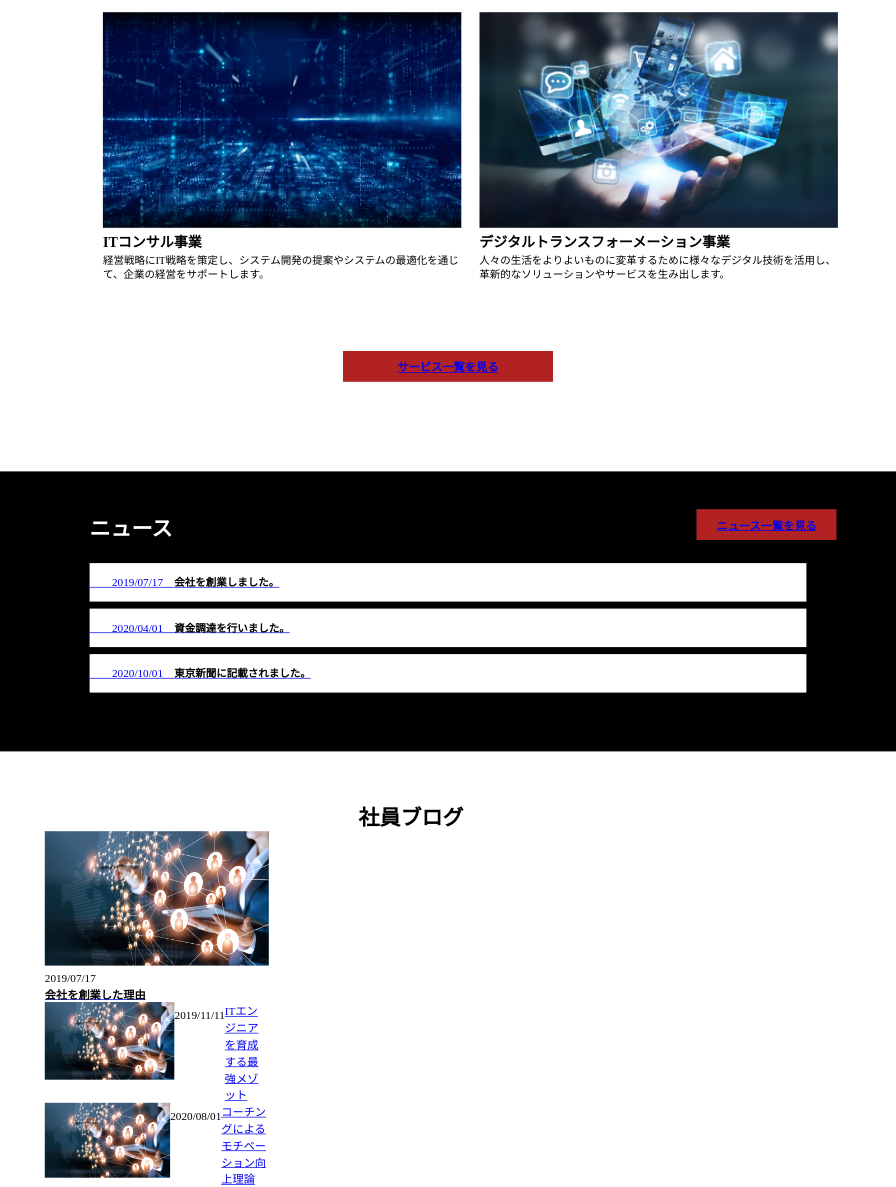
Repository: sigemasaasuka/20211012sigemasa
Page: index.html
These files come from the project's save history. The page is drawn as it stood at one moment and after a run of saves; the edit follows.
The browser window is 1280 px wide. The pictures show the part of the page from y = 1338 to 3258 px (the page is 3034 px tall before and 3258 px after), at 70% of full size.

Above is the page before, as saved 2021-10-19 17:46:28.

### index.html
<!DOCTYPE html>
<html lang="ja">

<head>
  <meta charset="UTF-8">
  <meta name="viewport" content="width=device-width, initial-scale=1.0">
  <title>Document</title>

    <link rel="stylesheet" href="css/reset.css">
    <link rel="stylesheet" href="css/index.css">
</head>
<body>
  <header class="header">
    <div class="header-logo">
      <img class="logo" src="img/logo.png" alt="logo">
    </div>
    <nav class="header-nav">
      <ul class="header-nav-list">
        <li class="header-nav-item"><a href="index.html">ホーム</a></li>
        <li class="header-nav-item"><a href="service.html">事業内容</a></li>
        <li class="header-nav-item"><a href="news.html">ニュース</a></li>
        <li class="header-nav-item"><a href="blog.html">社員ブログ</a></li>
        <li class="header-nav-item"><a href="company.html">会社概要</a></li>
        <li class="header-nav-item"><a href="recruit.html">採用情報</a></li>
        <li class="header-nav-item"><a href="contact.html">お問い合わせ</a></li>
      </ul>
    </nav>
  </header>
  <div class="home">
  <div class="home-photo">
    <div class="home-title">
    <p>最新のテクノロジーで社会課題を解決</p>
      <div class="home-title2">
      <p>Solving　issues　with　the　latest　technology</p>
     </div>
    </div>
    </div>
    </div>
    <div class="home-color">
      <div class="hope">
        <p><br><br>株式会社TECHの想い</p>
        <div class="hope2">
          <p>あらゆる産業において、新たなデジタル技術を使ってこれまでにないビジネスモデルを展開する新規参加者が登場し、ゲームチェンジが起ころうとしています。こうした<br>中で、各企業は、競争力維持・強化のために、DXを迅速に進めていくことが求められています。しかし、DXにおいて投資コストは非常にかかります。株式会社TECHでは<br>独自のオペレーションと人材教育により、他社よりも価格を抑えた開発を行います。</p>
        </div>
      </div>
    </div>
    <div class="service">
      <p>サービス</p>
      </div>
      <div class="png1">
      <div class="service1">
        <img  src="img/service1.png"  alt="service1">
        <div class="it">
        <p>IT人材育成事業</p>
        <div class="it2">
        <p>これまでに培った教育手法を生かして、短期間で即戦力のIT人材を育成します。</p>
        </div>
      </div>
      </div>
      <div class="service2">
      <img  src="img/service2.png" alt="service2">
      <div class="coach">
        <p>コーチング事業</p>
        <div class="coach2">
          <p>目標達成を最短で実現するために、プロのコーチによるマンツーマンのサポートを実施します</p>
        </div>
      </div>
      </div>
      </div>
      <div class="png2">
      <div class="service3">
        <img src="img/service3.png" alt="service3">
        <div class="Consultant">
          <p>ITコンサル事業</p>
          <div class="Consultant2">
            <p>経営戦略にIT戦略を策定し、システム開発の提案やシステムの最適化を通じて、企業の経営をサポートします。</p>
          </div>
        </div>
      </div>
      <div class="service4">
        <img src="img/service4.png" alt="service4">
        <div class="formation">
          <p>デジタルトランスフォーメーション事業</p>
          <div class="formation2">
            <p>人々の生活をよりよいものに変革するために様々なデジタル技術を活用し、革新的なソリューションやサービスを生み出します。</p>
          </div>
        </div>
      </div>
      </div>
      <div class="list">
        <a href="service.html">サービス一覧を見る</a>
      </div>
      <div class="news">
        <div class="nesw-list">
          <div class="news-font">
          <p>ニュース</p></div>
          <div class="news-button">
            <a href="news.html">ニュース一覧を見る</a>
          </div>
        </div>
        <div class="news-info1">
          <a href="index.html">　　2019/07/17　<span class="co">会社を創業しました。</span></a></div>
          <div class="news-info2">
          <a href="index.html">　　2020/04/01　<span class="fund">資金調達を行いました。</span></a></div>
          <div class="news-info3">
          <a href="index.html">　　2020/10/01　<span class="newspaper">東京新聞に記載されました。</span></a></div>
      </div>
      <div class="blog">
        <p>社員ブログ</p>
        </div>
        <div class="reason-png">
          <a href="index.html">
            <img src="img/blog.png" alt="blog">
          </a>
          <p class="reason">2019/07/17</p>
          <a href="index.html"><p class="reason2">会社を創業した理由</p></a>
        </div>
        <div class="nurturing-png">
          <a href="index.html">
            <img src="img/blog.png" alt="blog">
          </a>
          <p class="nurturing">2019/11/11</p>
          <a href="index.html">
            <p class="nurturing1">ITエンジニアを育成する最強メゾット</p>
          </a>
        </div>
        <div class="coaching-png">
        <a href="index.html">
          <img src="img/blog.png" alt="blog">
        </a>
        <p class="coaching">2020/08/01</p>
        <a href="index.html">
          <p class="coaching1">コーチングによるモチベーション向上理論</p>
        </a>
        </div>


<script src="js/main.js"></script>
</body>
</html>

### css/reset.css
@charset "UTF-8";
html, body, div, span, applet, object, iframe,
h1, h2, h3, h4, h5, h6, p, blockquote, pre,
a, abbr, acronym, address, big, cite, code,
del, dfn, em, img, ins, kbd, q, s, samp,
small, strike, strong, sub, sup, tt, var,
b, u, i, center,
dl, dt, dd, ol, ul, li,
fieldset, form, label, legend,
table, caption, tbody, tfoot, thead, tr, th, td,
article, aside, canvas, details, embed,
figure, figcaption, footer, header, hgroup,
menu, nav, output, ruby, section, summary,
time, mark, audio, video {
margin: 0;
padding: 0;
border: none;
font-style: normal;
text-align: left;
zoom: 1;
}
article, aside, details, figcaption, figure,
footer, header, hgroup, menu, nav, section {
display: block;
}
table {
border-collapse: collapse;
font-family: inherit;
}
h1,h2,h3,h4,h5 {
font-size: 100%;
font-weight: normal;
line-height: 1;
}
input,textarea,select {
font-family: inherit;
font-size: 16px;
}
input[type="button"],input[type="text"],input[type="submit"] {
 -webkit-appearance: none;
 border-radius: 0;
}
textarea {
resize: none;
-webkit-appearance: none;
border-radius: 0;
}
th,td {
border-collapse: collapse;
}
table th,table td {
white-space: nowrap;
}
ul,ol {
list-style-type: none;
}
img {
vertical-align: text-bottom;
vertical-align: -webkit-baseline-middle;
max-width: 100%;
height: auto;
width /***/:auto;
}

### css/index.css
.logo {
  text-decoration: none;
  color: inherit;
  width: 50%;
}
.header {
  width: 100%;
  display: flex;
  justify-content: space-between;
  align-items: center;
  height: 70px;
  padding: 0 30px;
  position: fixed;
  box-sizing: border-box;
  background-color: #fff;
  color: #000;
}

.a {
  text-decoration: none;
}

.header-ttl {
  font-size: 24px;
  width: 80px;
}

.header-nav-list {
  display: flex;
  font-weight: bold;
}

.header-nav-item:not(:last-child) {
  margin-right: 30px;
}

.home-photo {
  position: relative;
  padding-top: calc(250 / 683 * 100%); /* calc(画像高さ ÷ 画像横幅 × 100%) */
  background: url(../img/mv.png) center center / cover no-repeat;
}

.home-title {
  display: flex;
  flex-direction: column;
  position: absolute;
  font-size: 50px;
  margin-left: 20%;
  top: 40%;
  font-weight: bolder;
  color: #fff;
}

.home-title2 {
  display: flex;
  position: absolute;
  font-size: 20px;
  margin-top: 45px;
  margin-left: 23%;
  top: 40%;
  font-weight: bold;
  color: #fff;
}

.home-color {
  background-color: #000;
  height: 300px;
}

.hope {
  top: 30%;
  display: flex;
  flex-direction: column;
  font-weight: bolder;
  font-size: 30px;
  margin-left: 10%;
  color: #fff;
}

.hope2 {
  display: flex;
  font-size: 15px;
  margin-top: 20px;
  font-weight: normal;
  color: #fff;
}

.service {
  margin-top: 5%;
  margin-left: 45%;
  font-size: 35px;
  font-weight: bolder;
}

.png1 {
  display: flex;
  justify-content: center;
}

.service1 {
  margin-top: 5%;
  margin-left: 5%;
  width: 40%;
}

.it {
  margin-top: 1%;
  font-size: 20px;
  font-weight: bolder;
}

.it2 {
  font-size: 15px;
  font-weight: normal;
}

.service2 {
  margin-top: 3%;
  margin-left: 2%;
  width: 40%;
}

.coach {
  margin-top: 1%;
  font-size: 20px;
  font-weight: bolder;
}

.coach2 {
  font-size: 15px;
  font-weight: normal;
}

.png2 {
  display: flex;
  justify-content: center;
}

.service3 {
  margin-top: 2%;
  margin-left: 5%;
  width: 40%;
}

.Consultant {
  margin-top: 1%;
  font-size: 20px;
  font-weight: bolder;
}

.Consultant2 {
  font-size: 15px;
  font-weight: normal;
}

.service4 {
  margin-top: 2%;
  margin-left: 2%;
  width: 40%;
}

.formation {
  margin-top: 1%;
  font-size: 20px;
  font-weight: bolder;
}

.formation2 {
  font-size: 15px;
  font-weight: normal;
}

.list {
  width: 300px;
  padding: 10px 0;
  color: #fff;
  font-weight: bold;
  background: #b22222;
  text-align: center;
  margin: 100px auto 0;
  display: block;
}

.news {
  margin-top: 10%;
  background-color: #000;
  height: 400px;
}

.nesw-list {
  margin-left: 10%;
  display: flex;
  justify-content: flex-start;
  align-items: center;
}

.news-font {
  font-weight: bold;
  font-size: 30px;
  color: #fff;
  margin-top: 5%;
}

.news-button {
  color: #fff;
  margin-top: 50px;
  margin-left: 65%;
  width: 200px;
  padding: 10px 0;
  font-weight: bold;
  background: #b22222;
  text-align: center;
  display: block;
}

.news-info1 {
  margin-top: 30px;
  margin-left: 10%;
  width: 80%;
  height: 35px;
  padding: 10px 0;
  background: #fff;
  line-height: 35px;
  display: block;
  color: #000;
}
.co {
  font-size: 15px;
  font-weight: bold;
  color: #000;
}

.news-info2 {
  margin-top: 10px;
  margin-left: 10%;
  width: 80%;
  height: 35px;
  padding: 10px 0;
  background: #fff;
  line-height: 35px;
  display: block;
  color: #000;
}
.fund {
  font-size: 15px;
  font-weight: bold;
  color: #000;
}

.news-info3 {
  margin-top: 10px;
  margin-left: 10%;
  width: 80%;
  height: 35px;
  padding: 10px 0;
  background: #fff;
  line-height: 35px;
  display: block;
  color: #000;
}
.newspaper {
  font-size: 15px;
  font-weight: bold;
  color: #000;
}

.blog {
  margin-top: 70px;
  margin-left: 40%;
  font-size: 30px;
  font-weight: bolder;
}

.reason-png {

  width: 25%;
  margin-left: 5%;
}

.reason {
  margin-top: 10px;
  color: #000;
}

.reason2 {
  font-weight: bolder;
  color: #000;
}

.nurturing-png {
  display: flex;
  width: 25%;
  margin-left: 5%;
}

.nurturing {
  margin-top: 10px;
  color: #000;
}

.nurturing2 {
  font-weight: bolder;
  color: #000;
}

.coaching-png {
  display: flex;
  width: 25%;
  margin-left: 5%;
}

.coaching {
  margin-top: 10px;
  color: #000;
}

.coaching2 {
  font-weight: bolder;
  color: #000;
}

Loaded but not shown: js/main.js (no stored copy; drawn as an empty file)

After the next 2 saves:
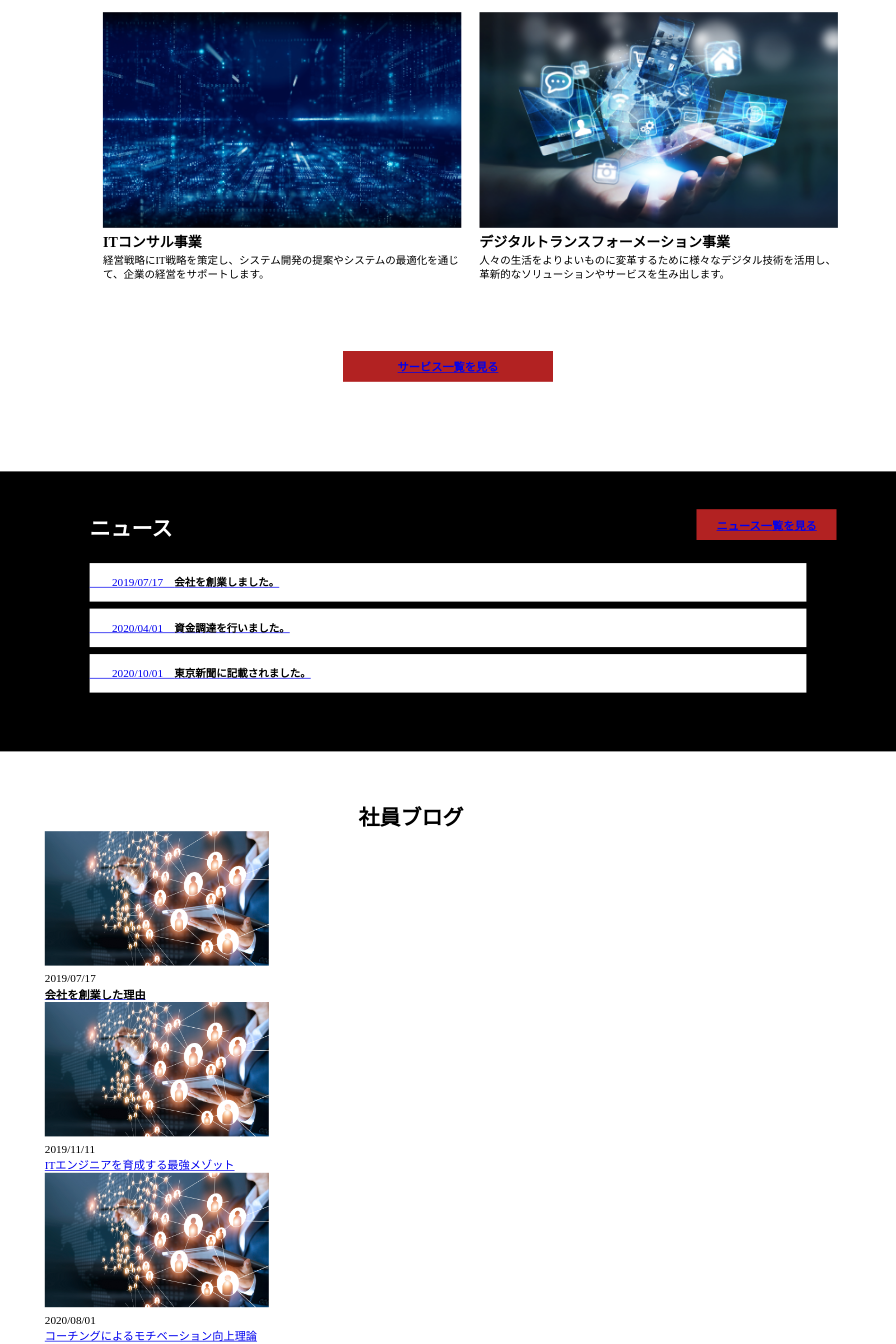
The 2 saves are shown as one change because they came seconds apart.
The last was saved 59 s later.
--- a/css/index.css
+++ b/css/index.css
@@ -288,7 +288,6 @@
 }
 
 .nurturing-png {
-  display: flex;
   width: 25%;
   margin-left: 5%;
 }
@@ -304,7 +303,7 @@
 }
 
 .coaching-png {
-  display: flex;
+
   width: 25%;
   margin-left: 5%;
 }
